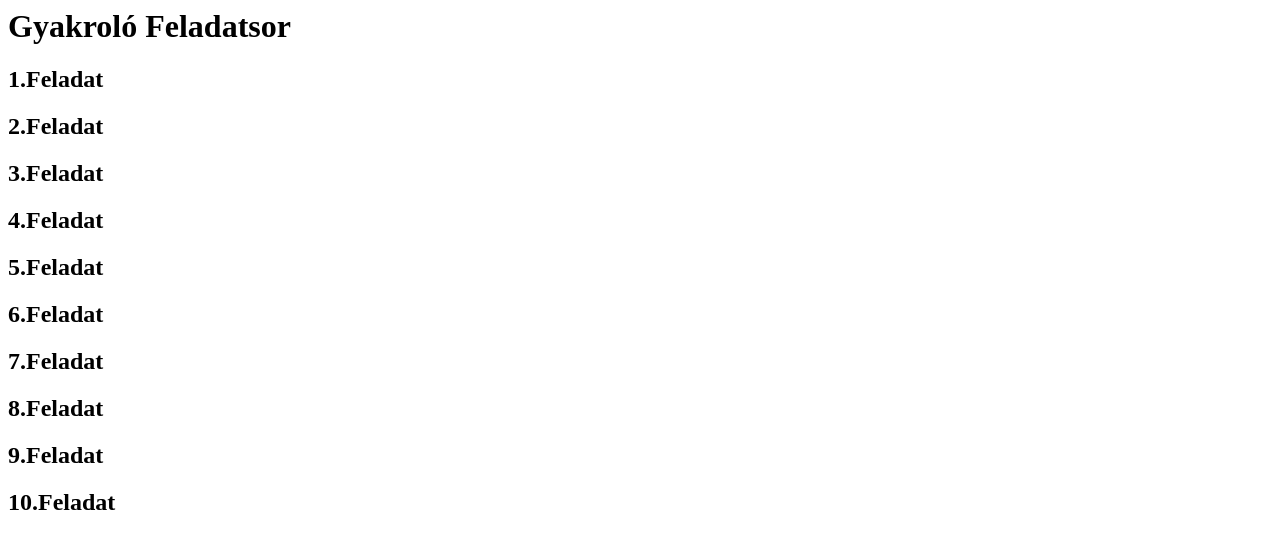
Repository: doomhyena/htdocs
Page: http://localhost/00.Home/02.masodikresz.php
The author's editor kept a copy of each file at every save. The page is drawn from the files as they stood at one save, then again after the next save.
The browser window is 1280 px wide. The pictures show the whole page.
The page is run by PHP 8.4 with error messages shown; the project is at /var/www/html/.

Above is the page before, as saved 2024-09-17 14:53:14.

After the next save:
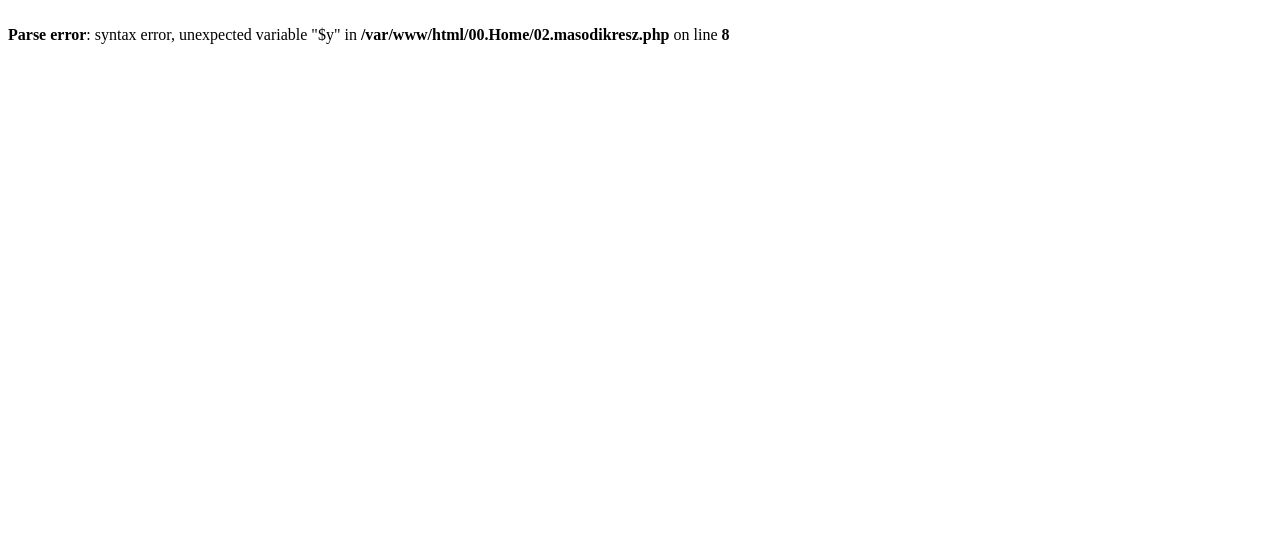
Saved 27 s later.
--- a/00.Home/02.masodikresz.php
+++ b/00.Home/02.masodikresz.php
@@ -4,7 +4,8 @@
 
 echo "<h2> 1.Feladat </h2>";
 
-
+$x = 10
+$y = 20
 
 echo "<h2> 2.Feladat </h2>";
 

After the save that followed:
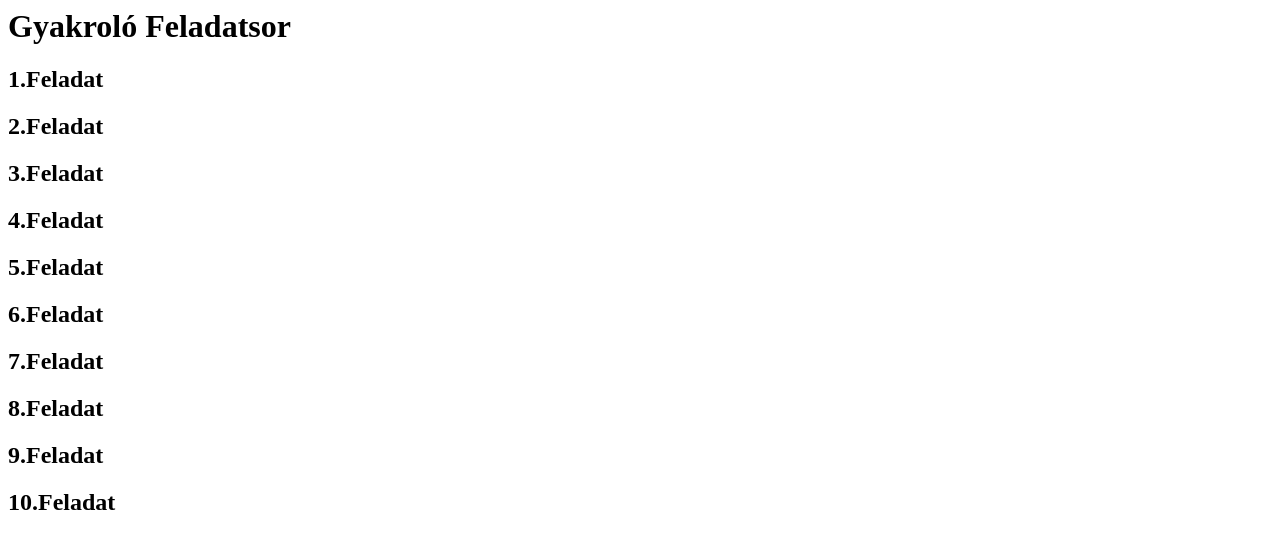
Saved 7 s later.
--- a/00.Home/02.masodikresz.php
+++ b/00.Home/02.masodikresz.php
@@ -4,8 +4,10 @@
 
 echo "<h2> 1.Feladat </h2>";
 
-$x = 10
-$y = 20
+$x = 10;
+$y = 20;
+
+
 
 echo "<h2> 2.Feladat </h2>";
 
